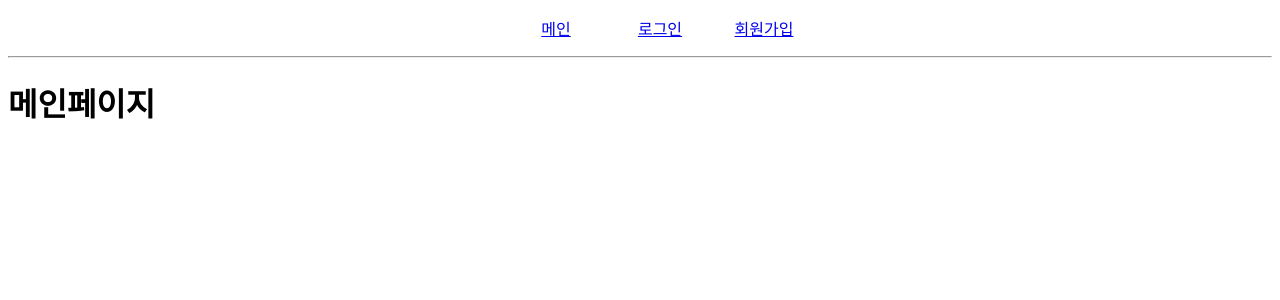
Repository: codingspecialist/jsp-weekend
Page: http://localhost/cos/main.jsp
An editor plug-in stored every save of this project. The page is shown before and after the next save, followed by the edit.
The browser window is 1280 px wide. The pictures show the whole page.
The page is served by Tomcat 9.

Above is the page before, as saved 2020-08-22 06:23:09.

After the next save:
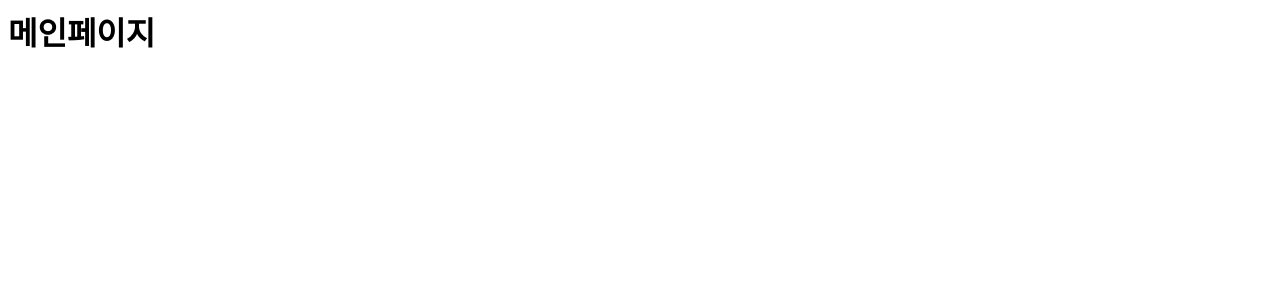
Saved 36 s later.
--- a/cos/WebContent/main.jsp
+++ b/cos/WebContent/main.jsp
@@ -1,28 +1,6 @@
 <%@ page language="java" contentType="text/html; charset=UTF-8"
     pageEncoding="UTF-8"%>
-<!DOCTYPE html>
-<html>
-<head>
-<meta charset="UTF-8">
-<title>메인페이지</title>
-<style>
-	ul {
-		text-align: center;
-	}
 
-	li {
-		display: inline-block;
-		width: 100px;
-	}
-</style>
-</head>
-<body>
-<ul>
-	<li><a href="main.jsp">메인</a></li>
-	<li><a href="login.jsp">로그인</a></li>
-	<li><a href="join.jsp">회원가입</a></li>
-</ul>
-<hr/>
 
 <h1>메인페이지</h1>
 
